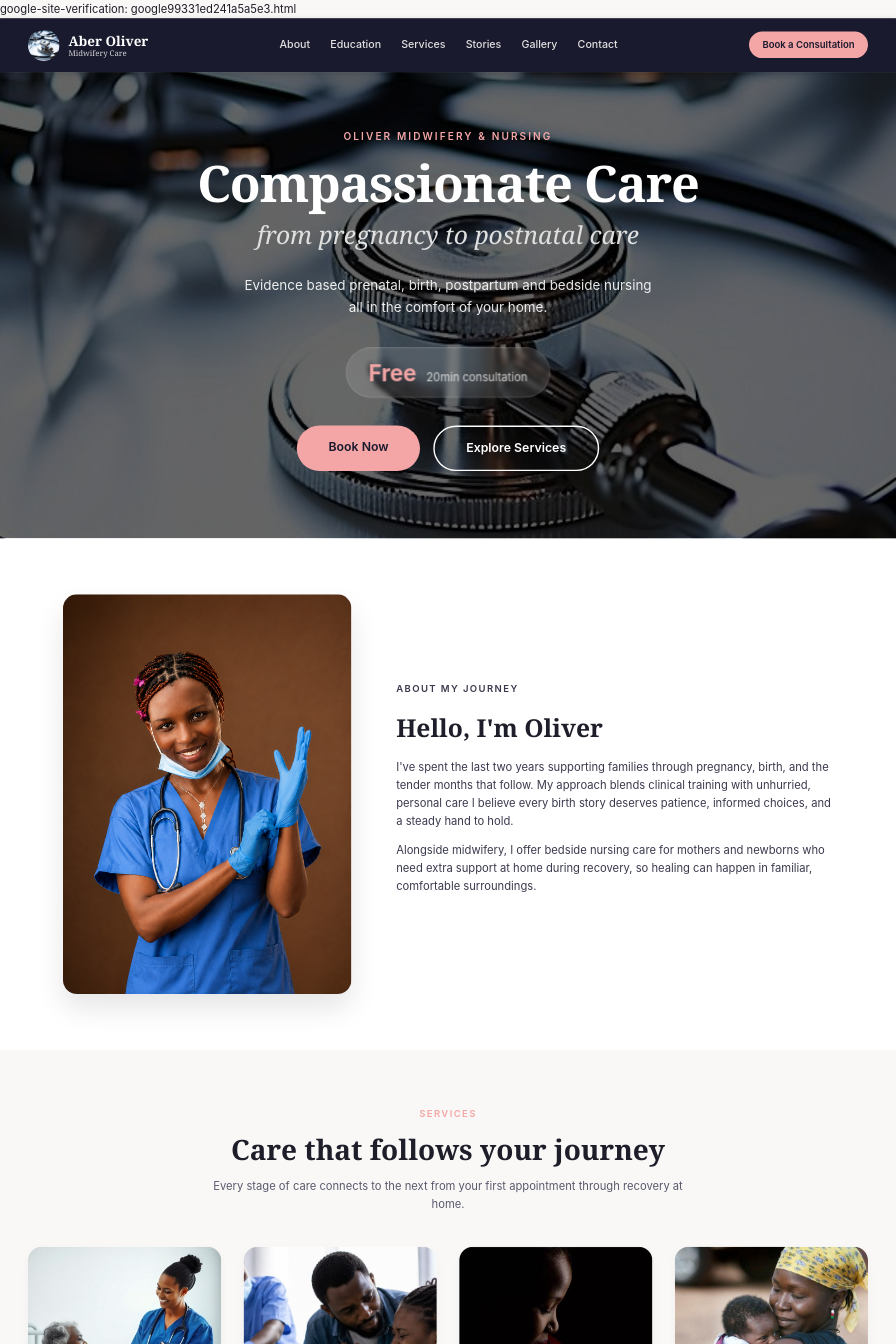
Repository: Mrkayboss/Aber-Oliver
Page: index (2).html
An editor plug-in stored every save of this project. The page is shown before and after the next save, followed by the edit.
The browser window is 1280 px wide. The pictures show the part of the page from y = 0 to 1920 px (the page is 5783 px tall before and 5758 px after), at 70% of full size.
Backgrounds fixed to the window are drawn as part of the page.

Above is the page before, as saved 2026-08-28 22:44:08.

After the next save:
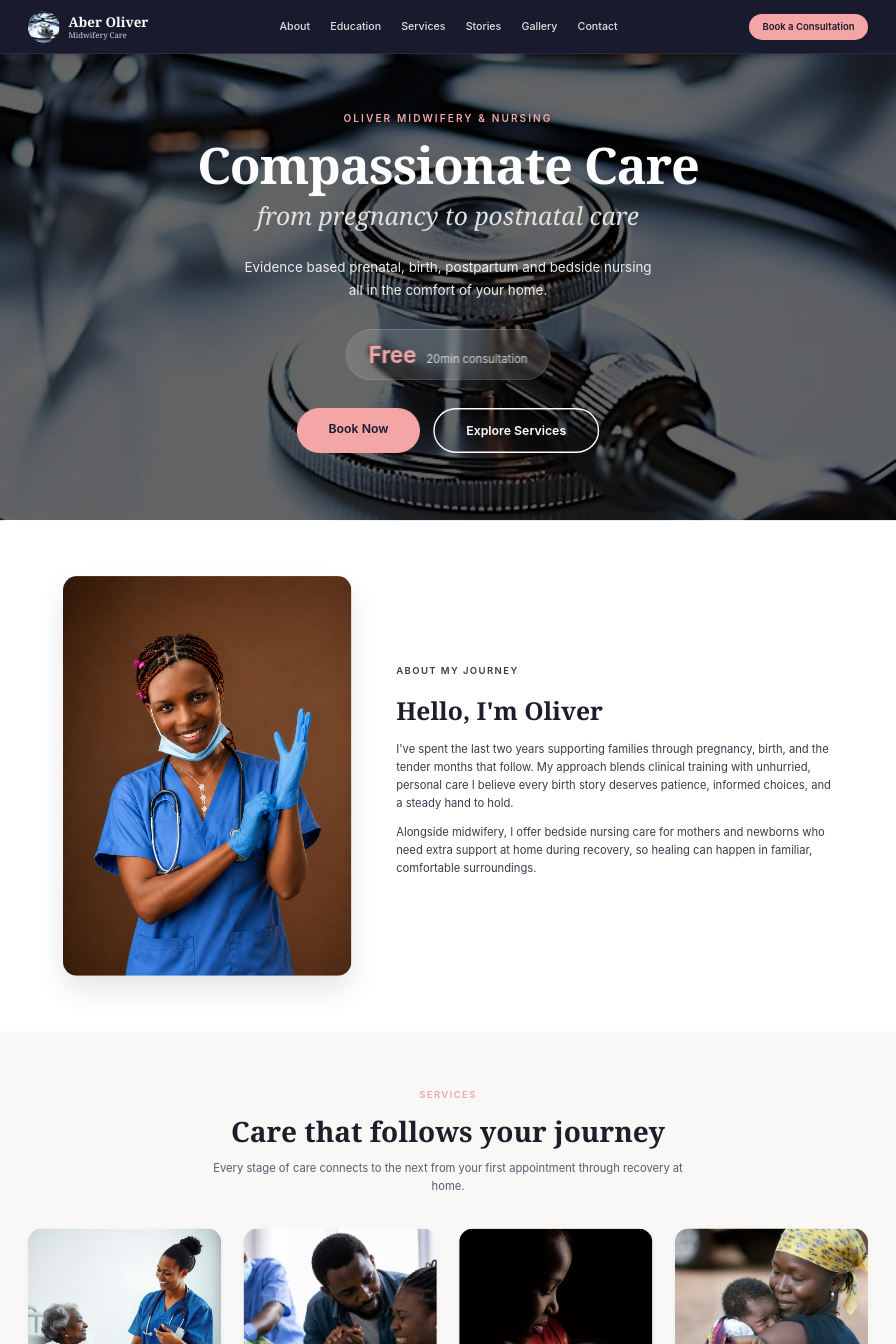
Saved 12 s later.
--- a/index (2).html
+++ b/index (2).html
@@ -1,7 +1,6 @@
 <!DOCTYPE html>
 <html lang="en">
 <head>
-google-site-verification: google99331ed241a5a5e3.html
 <meta charset="UTF-8">
 <meta name="google-site-verification" content="j7FKi3UNBJLnBqALL5z99pVp-EJJ_FrEEi_LX5e0DZ4" />
 <meta name="viewport" content="width=device-width, initial-scale=1.0">
